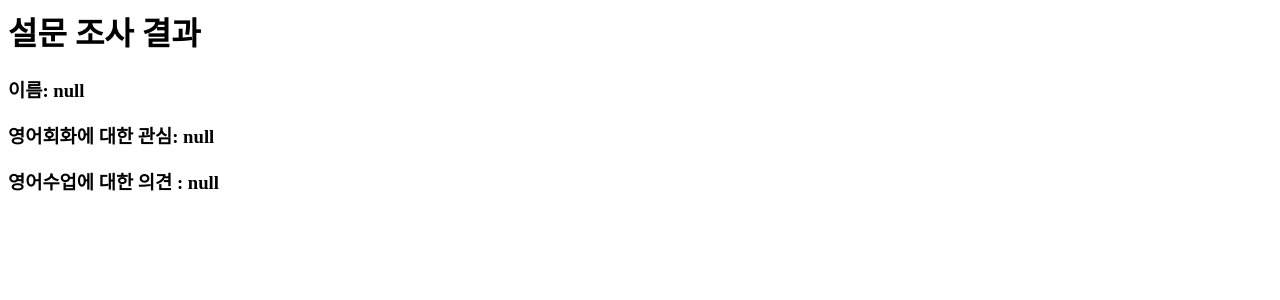
Repository: suhong99/servletLecture
Page: http://localhost/servletHW/Hello
The author's editor kept a copy of each file at every save. The page is drawn from the files as they stood at one save, then again after the next save.
The browser window is 1280 px wide. The pictures show the whole page.
The page is served by Tomcat 9. Other server files are loaded and not shown.

Above is the page before, as saved 2023-06-27 07:34:40.

### servletHW/src/main/java/servletHW/HelloServlet.java
package servletHW;

import java.io.IOException;
import java.io.PrintWriter;

import javax.servlet.ServletException;
import javax.servlet.http.HttpServlet;
import javax.servlet.http.HttpServletRequest;
import javax.servlet.http.HttpServletResponse;

public class HelloServlet extends HttpServlet {

	@Override
	protected void doGet(HttpServletRequest req, HttpServletResponse resp) throws ServletException, IOException {
		doProc(req,resp);
	}

	@Override
	protected void doPost(HttpServletRequest req, HttpServletResponse resp) throws ServletException, IOException {
		doProc(req,resp);
	}

protected void doProc(HttpServletRequest req, HttpServletResponse resp) throws ServletException, IOException {
	//Servlet -> web
			req.setCharacterEncoding("utf-8");
			resp.setContentType("text/html; charset=utf-8");
			String name = req.getParameter("name");
			String english = req.getParameter("english");
			String otherLanguage[]=req.getParameterValues("otherLanguage");
			String opinion = req.getParameter("opinion");
			String age[]=req.getParameterValues("age");

			PrintWriter pw = resp.getWriter();
			pw.println("<html>");

			pw.println("<head>");
			pw.println("</head>");


			pw.println("<body>");
			pw.println("<h1>설문 조사 결과</h1>");
			pw.println("<h3>이름: "+name+"</h3>");

			pw.println("<h3>영어회화에 대한 관심: "+english+"</h3>");
			if(otherLanguage!=null) {
				for(int i=0; i<otherLanguage.length;i++) {
					pw.println("<p>타 관심 언어:"+otherLanguage[i]+"</p>");
				}
			}
			pw.println("<h3>영어수업에 대한 의견 : " +opinion+"</h3>");
			if(age!=null) {
				for (int i = 0; i < age.length; i++) {
					pw.println("<p>연령대 : "+age[i]+"</p>");
				}
			}
			pw.println("</body>");

			pw.println("</html>");
	}

}

After the next save:
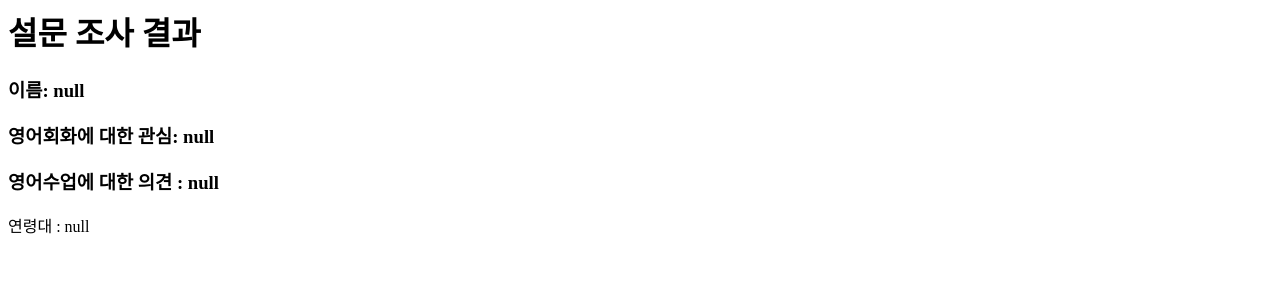
Saved 30 min 20 s later.
--- a/servletHW/src/main/java/servletHW/HelloServlet.java
+++ b/servletHW/src/main/java/servletHW/HelloServlet.java
@@ -28,7 +28,7 @@ protected void doProc(HttpServletRequest req, HttpServletResponse resp) throws S
 			String english = req.getParameter("english");
 			String otherLanguage[]=req.getParameterValues("otherLanguage");
 			String opinion = req.getParameter("opinion");
-			String age[]=req.getParameterValues("age");
+			String age=req.getParameter("age");
 
 			PrintWriter pw = resp.getWriter();
 			pw.println("<html>");
@@ -48,11 +48,7 @@ protected void doProc(HttpServletRequest req, HttpServletResponse resp) throws S
 				}
 			}
 			pw.println("<h3>영어수업에 대한 의견 : " +opinion+"</h3>");
-			if(age!=null) {
-				for (int i = 0; i < age.length; i++) {
-					pw.println("<p>연령대 : "+age[i]+"</p>");
-				}
-			}
+			pw.println("<p>연령대 : "+age+"</p>");
 			pw.println("</body>");
 
 			pw.println("</html>");
